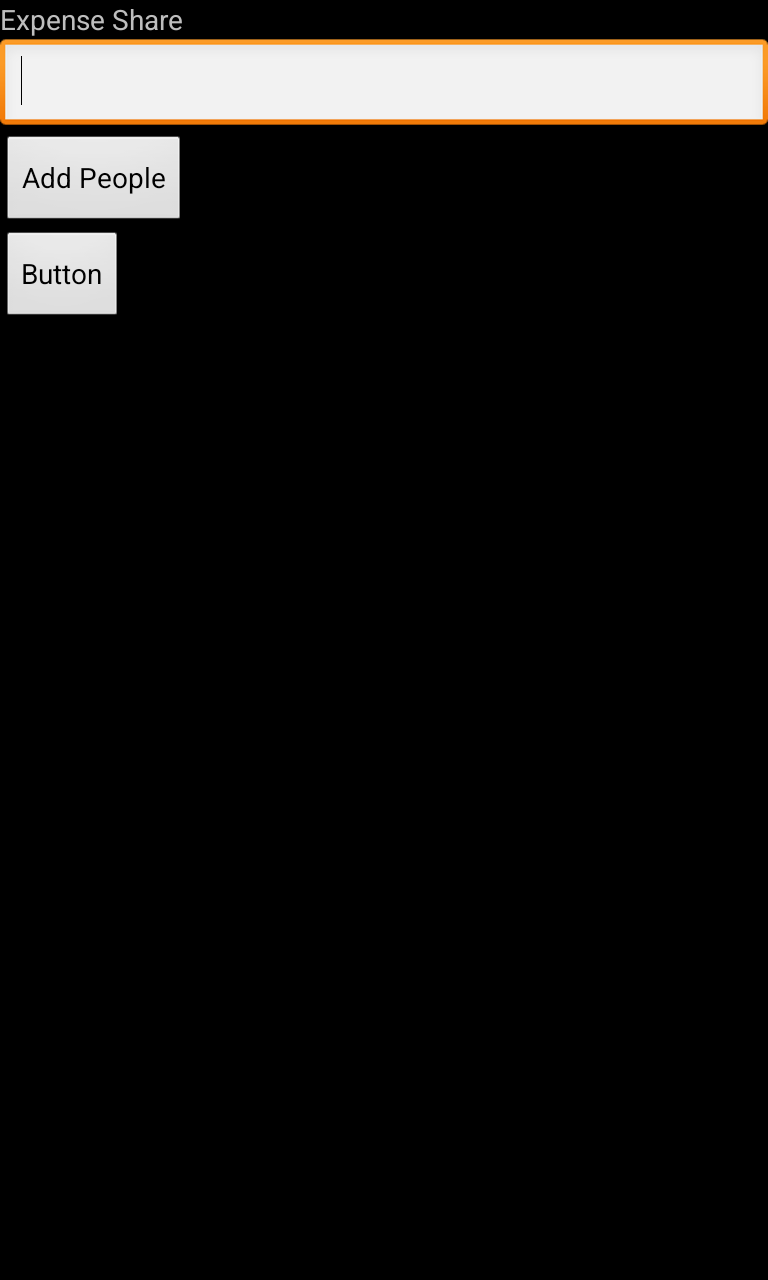
Repository: iyeranan/Expenses
Layout: Expenses/res/layout/main.xml
An editor plug-in stored every save of this project. The layout is shown before and after the next save, followed by the edit.
It is drawn on a 768 x 1280 px phone screen (xhdpi) without system bars, with theme android:Theme; the app's code is not run.

Above is the layout before, as saved 2012-01-07 19:16:55.

After the next save:
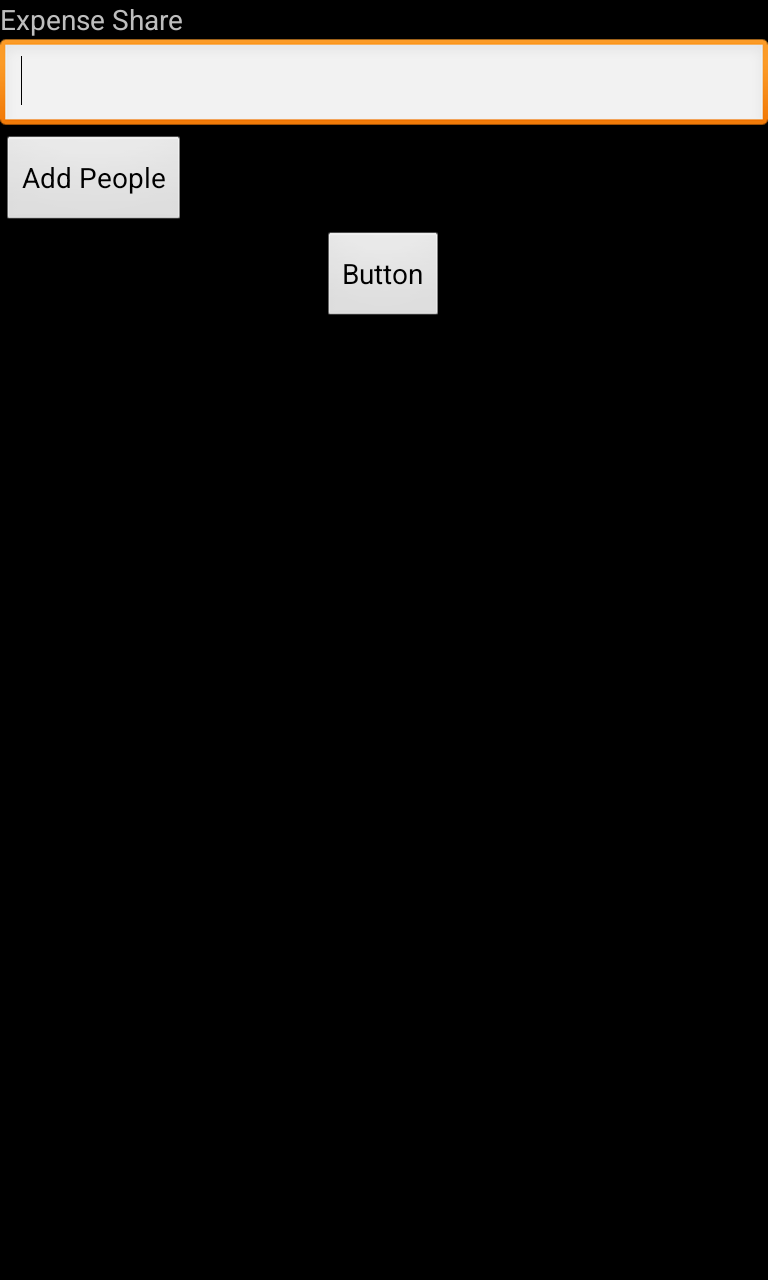
Saved 103 s later.
--- a/Expenses/res/layout/main.xml
+++ b/Expenses/res/layout/main.xml
@@ -17,5 +17,5 @@
     <TableRow android:id="@+id/tableRow3" android:layout_width="wrap_content" android:layout_height="wrap_content"></TableRow>
     <TableRow android:id="@+id/tableRow4" android:layout_width="wrap_content" android:layout_height="wrap_content"></TableRow>
 </TableLayout>
-<Button android:id="@+id/button1" android:text="Button" android:layout_height="wrap_content" android:layout_width="wrap_content"></Button>
+<Button android:id="@+id/button1" android:text="Button" android:layout_height="wrap_content" android:layout_width="wrap_content" android:layout_gravity="center_vertical|center_horizontal"></Button>
 </LinearLayout>
